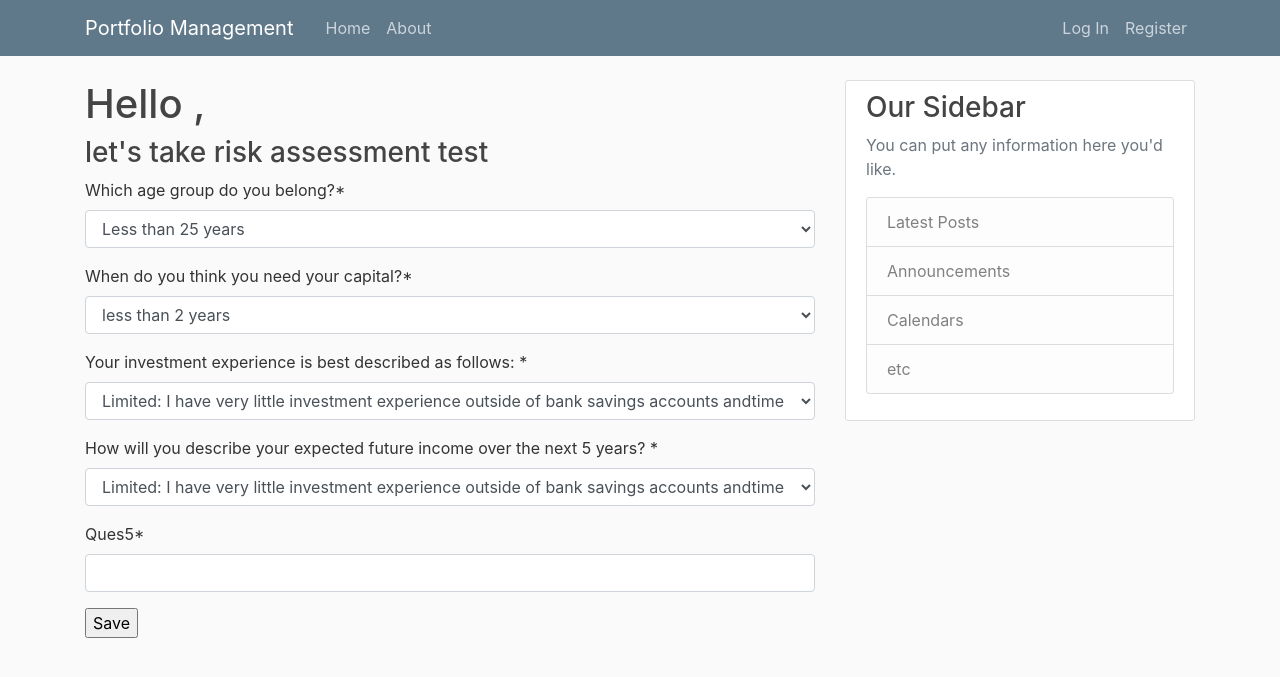
Repository: rahulsolankib/portfolio
Page: http://localhost/questions/
The author's editor kept a copy of each file at every save. The page is drawn from the files as they stood at one save, then again after the next save.
The browser window is 1280 px wide. The pictures show the whole page.
The page is served by the project's application, run on Django 3.2 (manage.py).

Above is the page before, as saved 2020-10-20 00:48:28.

After the next save:
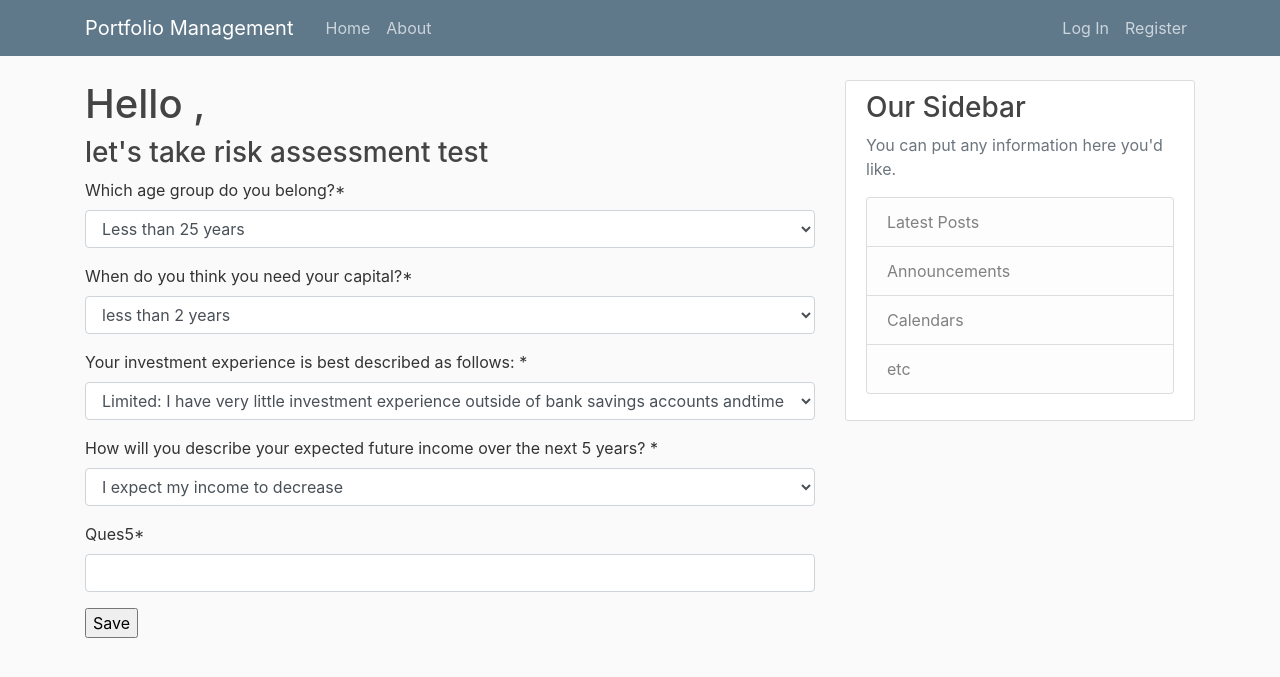
Saved 17 s later.
--- a/riskCalculator/forms.py
+++ b/riskCalculator/forms.py
@@ -28,10 +28,12 @@ class QForm(forms.Form):
         ,(2,'I expect my income to remain steady')
         ,(3,'I expect my income to increase')
     )
+
+
     ques1 = forms.TypedChoiceField(label='Which age group do you belong?',choices=age_group, coerce=int, initial=4)
     ques2 = forms.TypedChoiceField(label='When do you think you need your capital?',choices=returnyear_group, coerce=int, initial=1)
     ques3 = forms.TypedChoiceField(label='Your investment experience is best described as follows: ',choices=experience_group, coerce=int, initial=1)
-    ques4 = forms.TypedChoiceField(label='How will you describe your expected future income over the next 5 years? ',choices=experience_group, coerce=int, initial=1)
+    ques4 = forms.TypedChoiceField(label='How will you describe your expected future income over the next 5 years? ',choices=income_status, coerce=int, initial=1)
     ques5 = forms.CharField()
 
 
